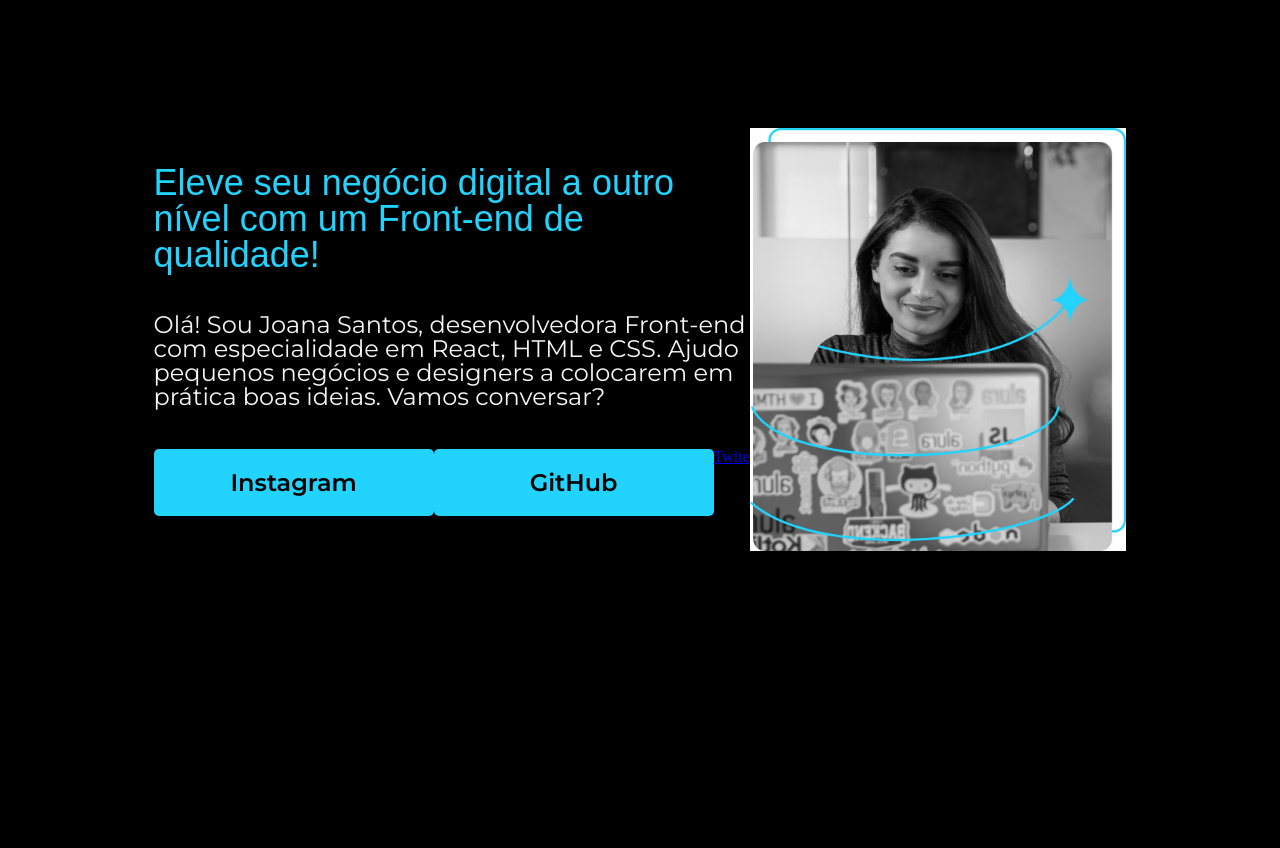
Repository: joaoPraiaJunior/html-basico
Page: index.html
The author's editor kept a copy of each file at every save. The page is drawn from the files as they stood at one save, then again after the next save.
The browser window is 1280 px wide. The pictures show the whole page.
Some web fonts or font styles are not loaded; a fallback is used.

Above is the page before, as saved 2024-06-06 18:07:54.

### index.html
<!DOCTYPE html>
<html lang="pt-BR" dir="ltr">
  <head>
    <meta charset="UTF-8" />
    <meta http-equiv="X-UA-Compatible" content="IE=edge" />
    <meta name="viewport" content="width=device-width, initial-scale=1.0" />
    <title>Portifólio</title>
    <link rel="stylesheet" href="css/reset.css" />
    <link rel="stylesheet" href="css/style.css" />
  </head>
  <body>
    <header></header>
    <main class="apresentacao">
      <section class="apresentacao__conteudo">
        <h1 class="apresentacao__titulo">
          Eleve seu negócio digital a outro nível com um Front-end de qualidade!
        </h1>
        <p class="apresentacao__texto">
          Olá! Sou Joana Santos, desenvolvedora Front-end com especialidade em
          React, HTML e CSS. Ajudo pequenos negócios e designers a colocarem em
          prática boas ideias. Vamos conversar?
        </p>
        <div class="apresentacao__links">
          <a class="apresentacao__link" href="https://www.instagram.com/joaopraiajunior/">Instagram</a>
          <a class="apresentacao__link" href="https://github.com/joaoPraiaJunior">GitHub</a>
          <a href="http://">Twite</a>
        </div>
      </section>
      <section class="apresentacao__imagem">
        <img src="images/Imagem.jpg" alt="foto da joana santos programando!" />
      </section>
    </main>
    <footer></footer>
  </body>
</html>

### css/reset.css
/* http://meyerweb.com/eric/tools/css/reset/
   v2.0 | 20110126
   License: none (public domain)
*/

* {
    box-sizing: border-box;
}

html, body, div, span, applet, object, iframe,
h1, h2, h3, h4, h5, h6, p, blockquote, pre,
a, abbr, acronym, address, big, cite, code,
del, dfn, em, img, ins, kbd, q, s, samp,
small, strike, strong, sub, sup, tt, var,
b, u, i, center,
dl, dt, dd, ol, ul, li,
fieldset, form, label, legend,
table, caption, tbody, tfoot, thead, tr, th, td,
article, aside, canvas, details, embed,
figure, figcaption, footer, header, hgroup,
menu, nav, output, ruby, section, summary,
time, mark, audio, video {
	margin: 0;
	padding: 0;
	border: 0;
	font: inherit;
	vertical-align: baseline;
}
/* HTML5 display-role reset for older browsers */
article, aside, details, figcaption, figure,
footer, header, hgroup, menu, nav, section {
	display: block;
}
body {
	line-height: 1;
}
ol, ul {
	list-style: none;
}
blockquote, q {
	quotes: none;
}
blockquote:before, blockquote:after,
q:before, q:after {
	content: '';
	content: none;
}
table {
	border-collapse: collapse;
	border-spacing: 0;
}

### css/style.css
@import url('https://fonts.googleapis.com/css2?family=Krona+One&family=Montserrat:wght@400;600&display=swap');

html {
  font-size: 62.5%;
}

body {
  color: #f6f6f6;
  background-color: #000;
  font-size: 1.6rem;
  height: 100vh;
}

.apresentacao {
  margin: 10% 12%;
  display: flex;
  justify-content: space-between;
  align-items: center;
}

.apresentacao__conteudo {
  display:flex;
  flex-direction: column;
  width: 615px;
  gap: 40px;
}

.apresentacao__titulo {
  color: #22d4fd;
  font-family: 'Krona One', sans-serif;
  font-size: 3.6rem;
}

.apresentacao__texto {
  font-family: 'Montserrat', sans-serif;
  font-size: 2.4rem;
}

.apresentacao__links {
  display: flex;
  justify-content: space-between;
}

.apresentacao__link {
  color: #000;
  background-color: #22d4fd;
  font-family: 'Montserrat', sans-serif;
  font-size: 2.4rem;
  font-weight: 600;
  padding: 21.5px 0;
  width: 280px;
  border-radius: 5px;
  text-align: center;
  text-decoration: none;
}

.apresentacao__imagem img {
  max-width: 100%;
}

After the next save:
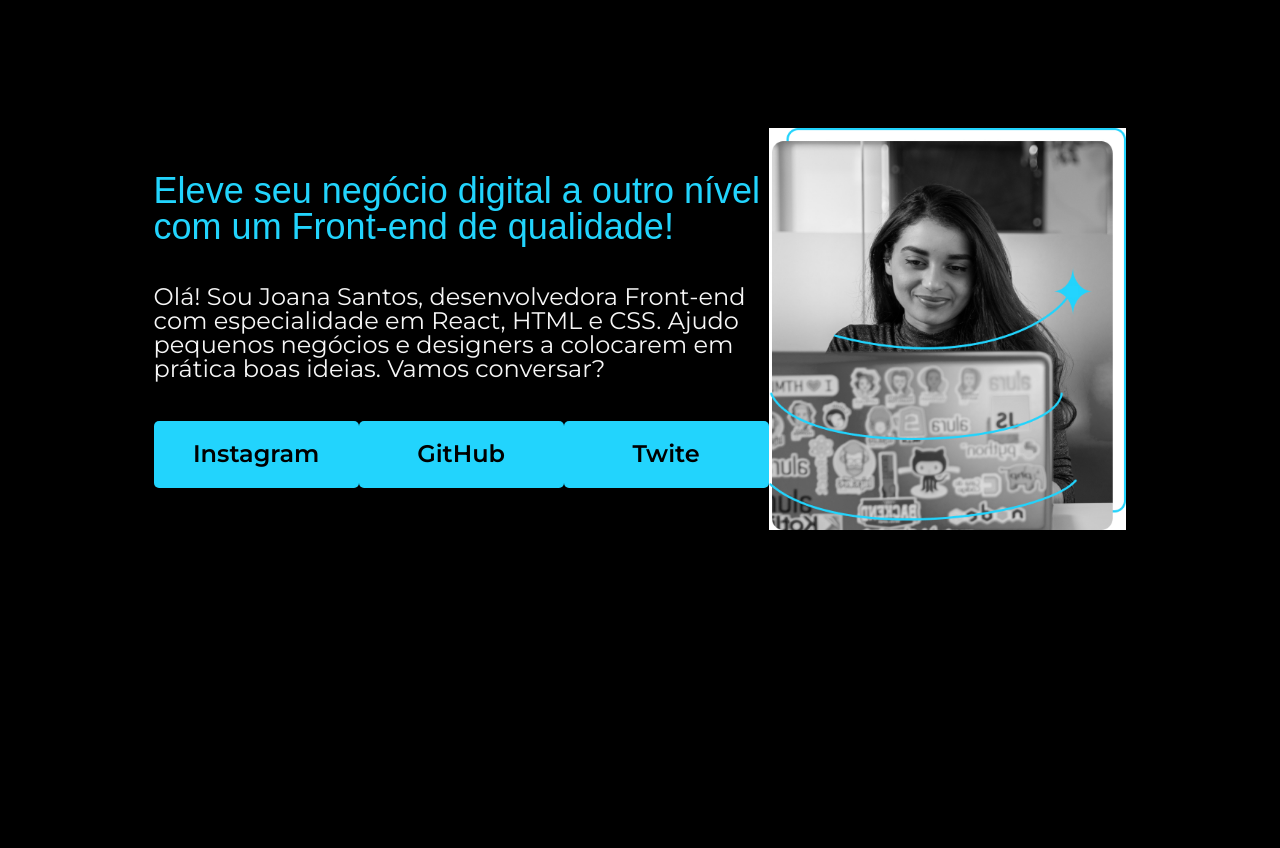
Saved 19 s later.
--- a/index.html
+++ b/index.html
@@ -23,7 +23,7 @@
         <div class="apresentacao__links">
           <a class="apresentacao__link" href="https://www.instagram.com/joaopraiajunior/">Instagram</a>
           <a class="apresentacao__link" href="https://github.com/joaoPraiaJunior">GitHub</a>
-          <a href="http://">Twite</a>
+          <a class="apresentacao__link" href="http://">Twite</a>
         </div>
       </section>
       <section class="apresentacao__imagem">
